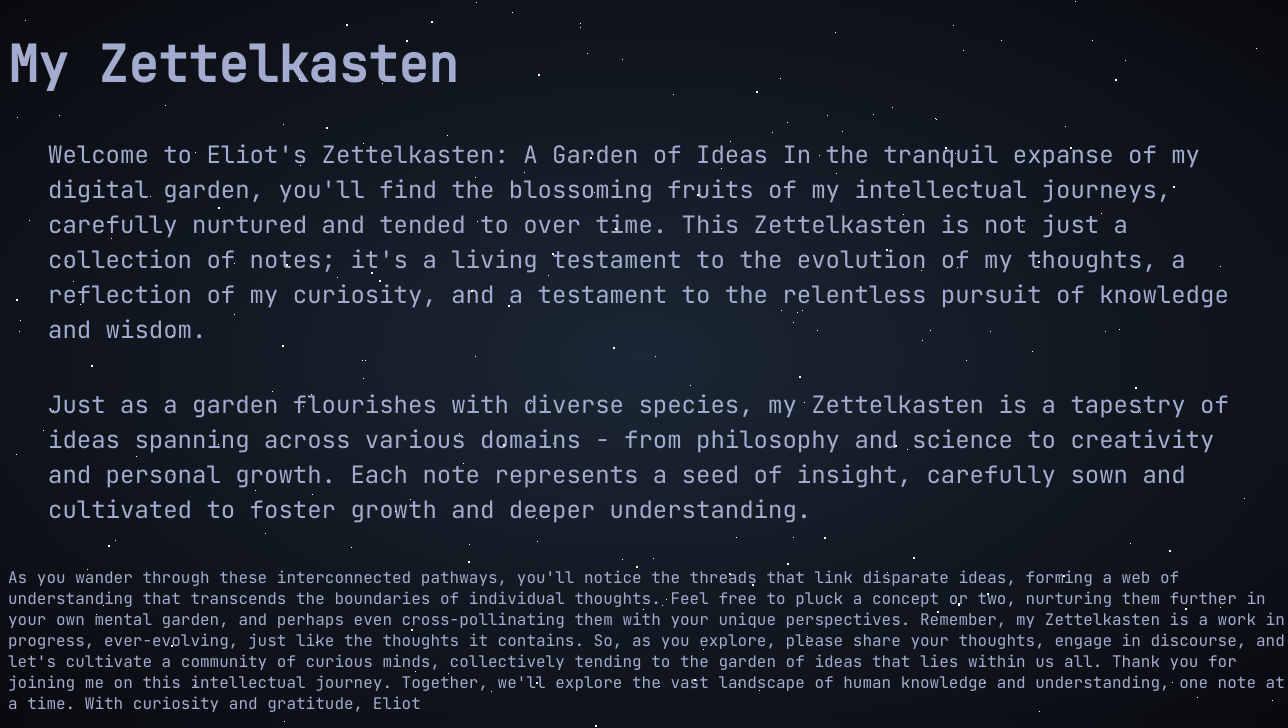
Repository: EliotKhachi/publicZk
Page: zettelkasten.html
The author's editor kept a copy of each file at every save. The page is drawn from the files as they stood at one save, then again after the next save.
The browser window is 1280 px wide. The page is 1288 px wide, so the pictures cover 1288 px, including what lies to the right of the window. The pictures show the whole page.

Above is the page before, as saved 2023-10-01 17:33:29.

After the next save:
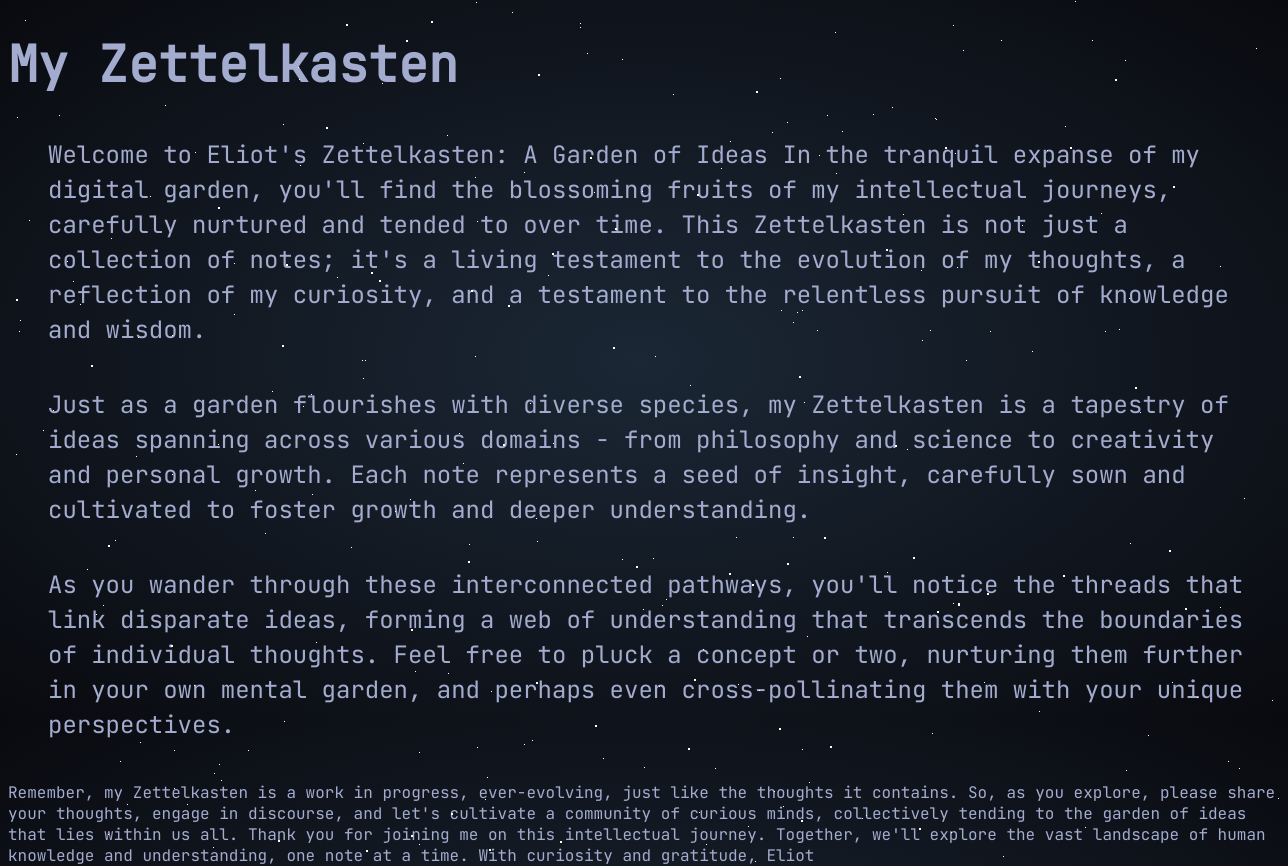
Saved 9 s later.
--- a/zettelkasten.html
+++ b/zettelkasten.html
@@ -28,7 +28,8 @@ In the tranquil expanse of my digital garden, you'll find the blossoming fruits
 
 <p>Just as a garden flourishes with diverse species, my Zettelkasten is a tapestry of ideas spanning across various domains - from philosophy and science to creativity and personal growth. Each note represents a seed of insight, carefully sown and cultivated to foster growth and deeper understanding.</p>
 
-As you wander through these interconnected pathways, you'll notice the threads that link disparate ideas, forming a web of understanding that transcends the boundaries of individual thoughts. Feel free to pluck a concept or two, nurturing them further in your own mental garden, and perhaps even cross-pollinating them with your unique perspectives.
+
+<p>As you wander through these interconnected pathways, you'll notice the threads that link disparate ideas, forming a web of understanding that transcends the boundaries of individual thoughts. Feel free to pluck a concept or two, nurturing them further in your own mental garden, and perhaps even cross-pollinating them with your unique perspectives.</p>
 
 Remember, my Zettelkasten is a work in progress, ever-evolving, just like the thoughts it contains. So, as you explore, please share your thoughts, engage in discourse, and let's cultivate a community of curious minds, collectively tending to the garden of ideas that lies within us all.
 
